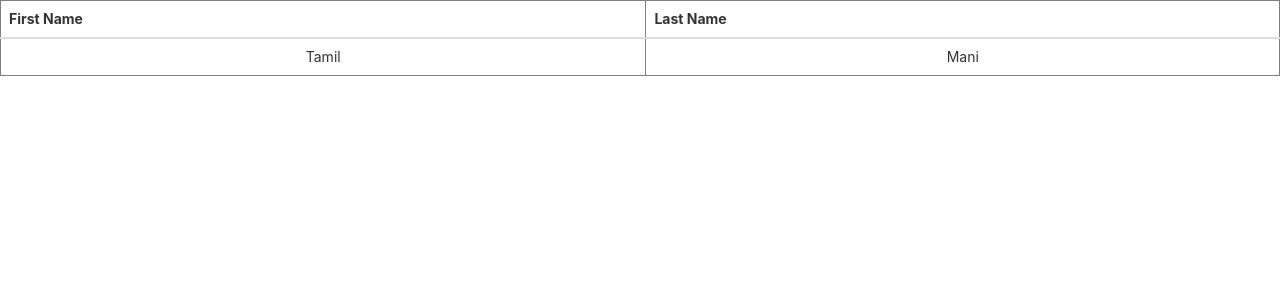
Repository: Green-Technologies-Angular/React-js
Page: /
An editor plug-in stored every save of this project. The page is shown before and after the next save, followed by the edit.
The browser window is 1280 px wide. The pictures show the whole page.
The project was rebuilt for these pictures with package versions that can differ from the ones it lists, and the page was loaded fresh each time.

Above is the page before, as saved 2019-03-18 09:59:22.

After the next save:
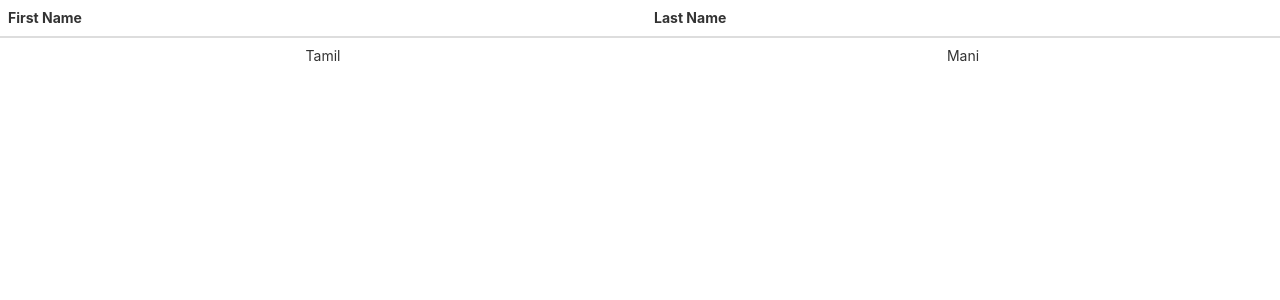
Saved 14 s later.
--- a/src/App.js
+++ b/src/App.js
@@ -13,7 +13,7 @@ class App extends Component {
   render() {
     return (
       <div className="App">
-        <table className="table" border="1">
+        <table className="table">
           <thead>
             <tr>
               <th>
